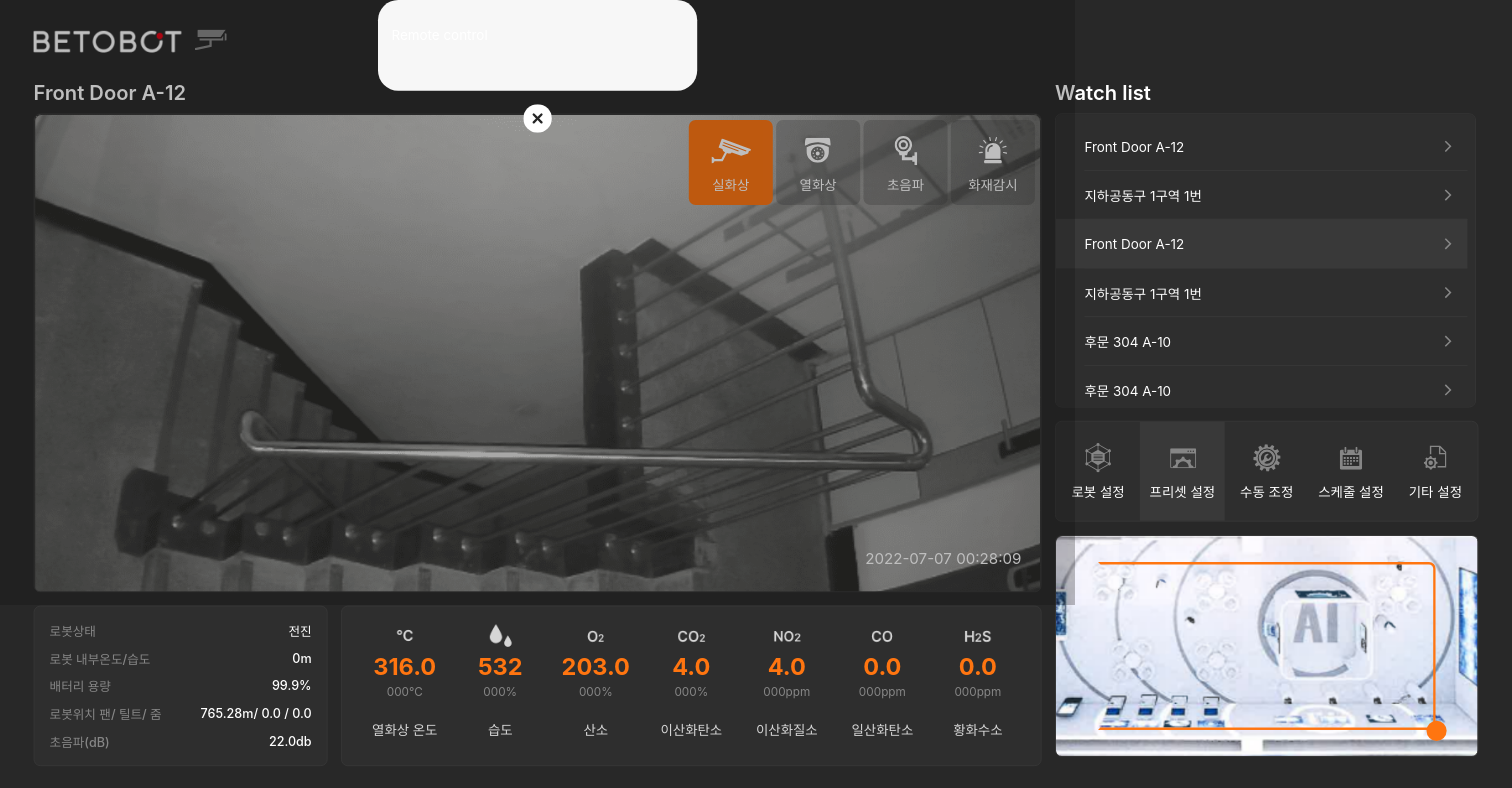
Repository: jang0ha/betobot
Page: content/main/main.html
An editor plug-in stored every save of this project. The page is shown before and after the next save, followed by the edit.
The browser window is 1280 px wide. The page is 1800 px wide, so the pictures cover 1800 px, including what lies to the right of the window. The pictures show the whole page, at 84% of full size.
Some web fonts or font styles are not loaded; a fallback is used. The style sheet was rebuilt from its Sass, Less or Tailwind sources for each picture, by a compiler version that may differ from the author's.

Above is the page before, as saved 2022-07-20 14:34:25.

After the next save:
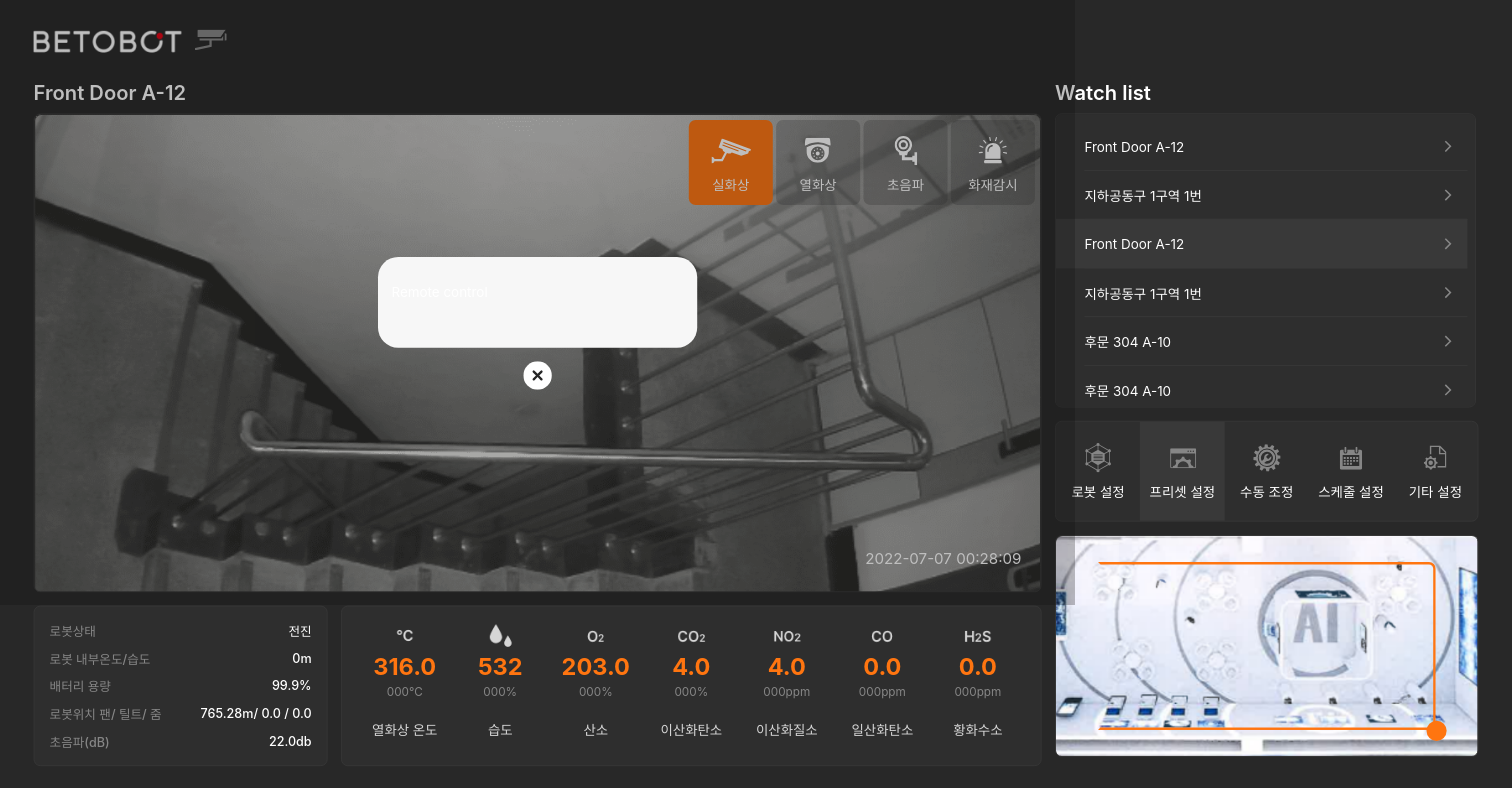
Saved 14 s later.
--- a/resources/scss/style.scss
+++ b/resources/scss/style.scss
@@ -354,6 +354,6 @@
         transform: translateX(-50%);
     }
     &.show{
-        display: block;
-    }
-}
+        display: flex;
+    }
+}
